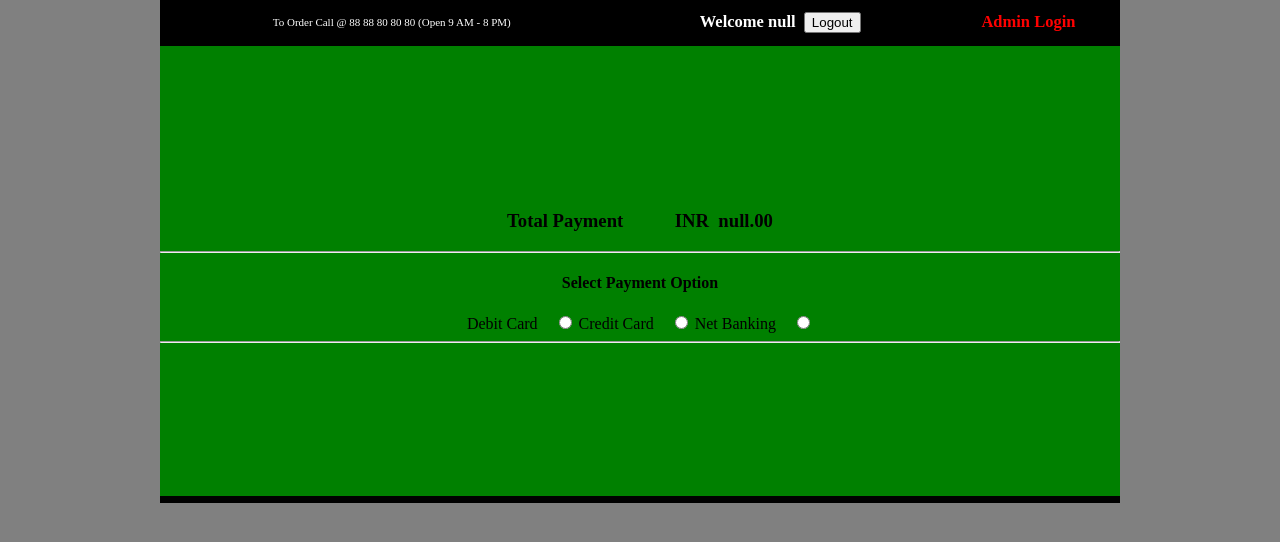
Repository: aashi12/e_mandi
Page: http://localhost/e_mandi/checkOut.jsp
These files come from the project's save history. The page is drawn as it stood at one moment and after the next save; the edit follows.
The browser window is 1280 px wide. The pictures show the whole page.
The page is served by Tomcat 9. Other server files are loaded and not shown.

Above is the page before, as saved 2014-04-13 10:37:26.

### e_mandi/WebContent/checkOut.jsp
<%@ page language="java" contentType="text/html; charset=ISO-8859-1"
    pageEncoding="ISO-8859-1"%>
<!DOCTYPE html PUBLIC "-//W3C//DTD HTML 4.01 Transitional//EN" "http://www.w3.org/TR/html4/loose.dtd">
<html>
<head>
<meta http-equiv="Content-Type" content="text/html; charset=ISO-8859-1">
<title>Online e-Mandi</title>
<link rel="stylesheet" href="style.css" />
</head>
<body bgcolor="gray">
<div id="container">
<div id="main">
<table border="0" width="960" height="255" cellspacing="0" cellpadding="0">
<tr>
<td height="30" bgcolor="black" class="order">
<table border="0" width="960" height="30" cellspacing="0" cellpadding="0">
<tr>
<td align="center"><p>To Order Call @ 88 88 80 80 80 (Open 9 AM - 8 PM)</p></td>
<td align="center">
<!-- user login details -->
<%
String usd =(String)session.getAttribute("user");
out.print("<h2>Welcome "+usd); %>&nbsp;
<a href="Logout1"><input type="button" value="Logout"></a></h2> </td>
<td align="center"><h2 class="admin"><a href="#">Admin Login</a></h2></td>
</tr></table></td>
</tr>
<tr>
<td bgcolor="green" height="450" align="center">
<!--  payment details    -->
<% Integer tot=(Integer)session.getAttribute("amount"); %>
<h3>Total Payment &nbsp;&nbsp;&nbsp;&nbsp;&nbsp;&nbsp;&nbsp;&nbsp;&nbsp;&nbsp;INR &nbsp;<%= tot %>.00</h3>
<hr/>
<h4>Select Payment Option</h4>
Debit Card &nbsp;&nbsp;&nbsp;<input type="radio" name="pay"/>
Credit Card &nbsp;&nbsp;&nbsp;<input type="radio" name="pay"/>
Net Banking &nbsp;&nbsp;&nbsp;<input type="radio" name="pay"/>
<hr/>
</td>
</tr>
<tr>
<td height="7" bgcolor="black"></td>
</tr>
</table>
</div>
</div>
</body>
</html>

### e_mandi/WebContent/style.css
#container{margin-top:-10px;}
#main{margin: 0px auto;width:960px;}
.tab{color:#000;text-decoration:none;}
.tab a{color:#000;text-decoration:none;}
.tab a:hover{color:#fff;text-decoration:none;}
.tab12{color:#fff;text-decoration:none;}
.tab12 a{color:#fff;text-decoration:none;}
.tab12 a:hover{color:red;text-decoration:none;}
.bann{background-image: url(images/header.jpg);}
.order{color:#fff; font-size:11px;}
.free{padding-left:400px;}
.logo{padding-bottom:50px;}
.basket{border-radius:10px;}
.foot{color:#fff;}
.cat{color:#000;text-decoration:none;}
.cat a{color:red;text-decoration:none;}
.cat a:hover{color:green;text-decoration:none;}
.admin{color:red;text-decoration:none; }
.admin a{color:red; text-decoration:none;}
.admin a:hover{color:#fff;text-decoration:none; }
#con1{padding-left:20px;padding-right:20px;}
img{border:none;}
a{text-decoration:none;}
.log a{text-decoration:none;}
.section a{color:green;text-decoration:none;}
.section a:hover{color:red;text-decoration:none;}
.quick{color:green;text-decoration:underline;}
#login
{
	text-align:center;

}

After the next save:
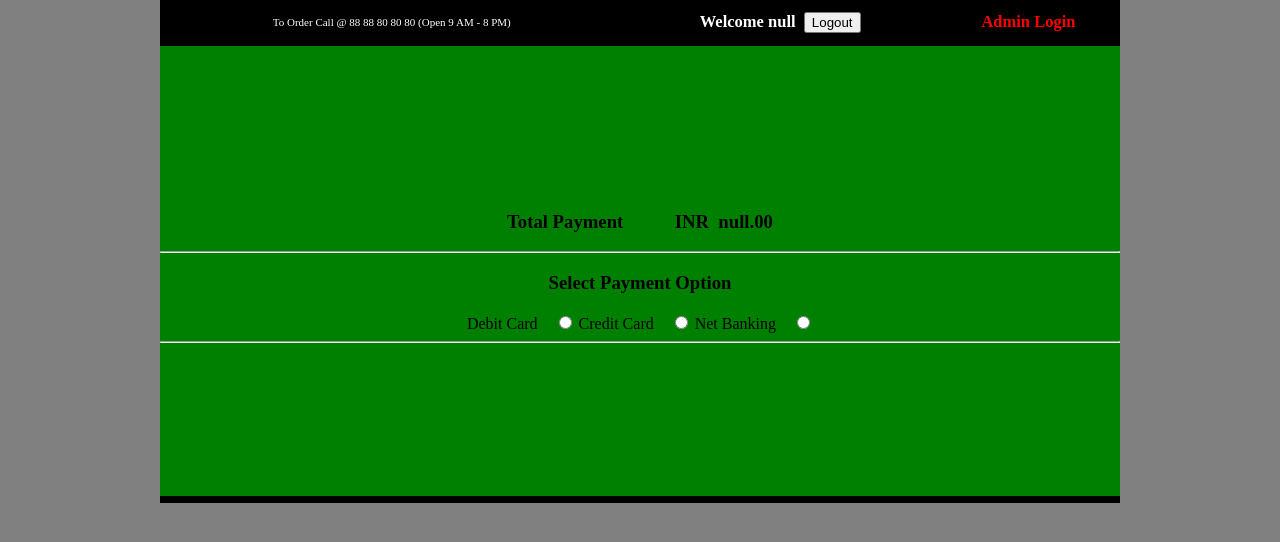
Saved 39 s later.
--- a/e_mandi/WebContent/checkOut.jsp
+++ b/e_mandi/WebContent/checkOut.jsp
@@ -31,7 +31,7 @@ out.print("<h2>Welcome "+usd); %>&nbsp;
 <% Integer tot=(Integer)session.getAttribute("amount"); %>
 <h3>Total Payment &nbsp;&nbsp;&nbsp;&nbsp;&nbsp;&nbsp;&nbsp;&nbsp;&nbsp;&nbsp;INR &nbsp;<%= tot %>.00</h3>
 <hr/>
-<h4>Select Payment Option</h4>
+<h3>Select Payment Option</h3>
 Debit Card &nbsp;&nbsp;&nbsp;<input type="radio" name="pay"/>
 Credit Card &nbsp;&nbsp;&nbsp;<input type="radio" name="pay"/>
 Net Banking &nbsp;&nbsp;&nbsp;<input type="radio" name="pay"/>
